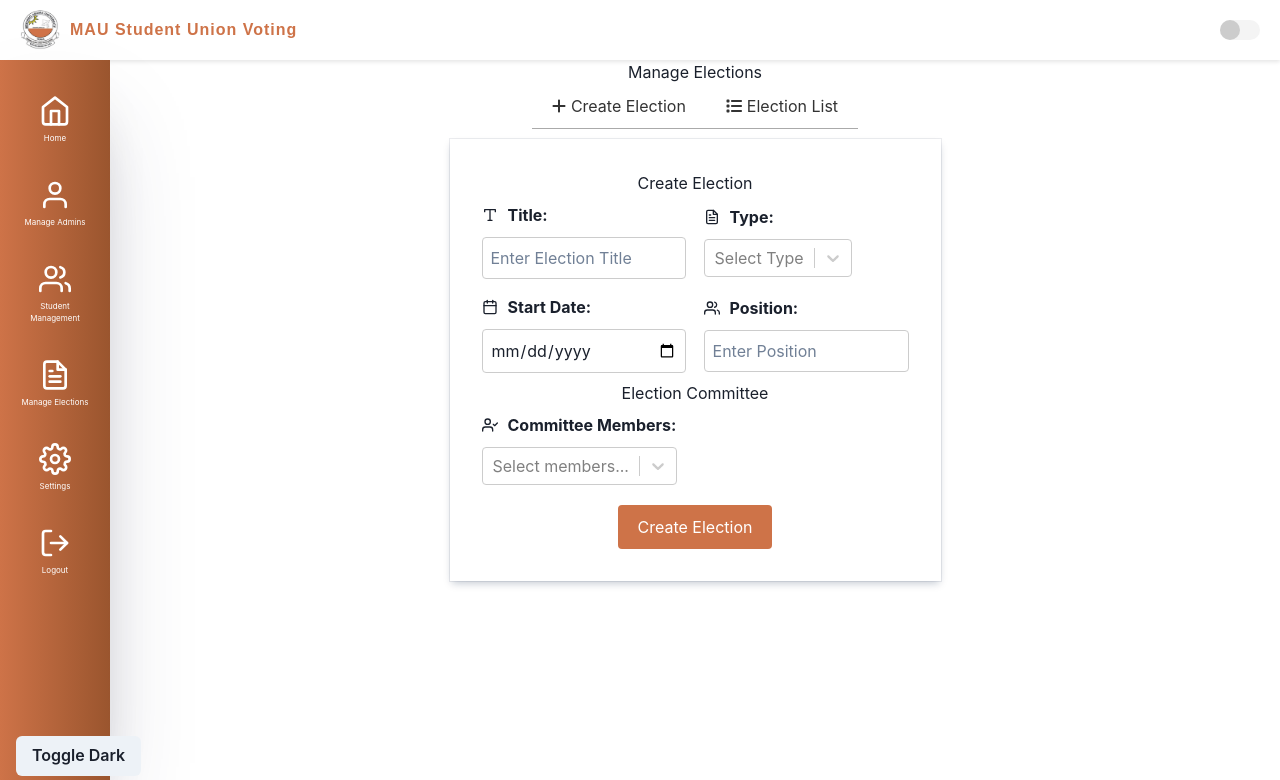
Repository: joena1o/e-vote
Page: /admin-dashboard/manage-elections
The author's editor kept a copy of each file at every save. The page is drawn from the files as they stood at one save, then again after the next save.
The browser window is 1280 px wide. The pictures show the whole page.
The project was rebuilt for these pictures with package versions that can differ from the ones it lists, and the page was loaded fresh each time. Also part of the build but not shown: src/components/EnhancedLogin.js, src/components/maincontent/RegisterStudents/ManageStudents.js, src/components/maincontent/RegisterStudents/RegisterStudents.js, src/components/maincontent/RegisterStudents/StudentManagement.js, src/components/maincontent/ElectionResults/ViewResults.js, src/components/maincontent/Settings/Settings.js, src/api/index.js, src/components/maincontent/home/Home.styles.js and 5 more.

Above is the page before, as saved 2023-10-20 13:24:09.

### src/App.js
import React from 'react';
import { BrowserRouter as Router, Routes, Route, Navigate } from 'react-router-dom';
import EnhancedLogin from './components/EnhancedLogin';
import AdminDashboard from './components/AdminDashboard';
import { ChakraProvider, ColorModeProvider, Button, useColorMode } from '@chakra-ui/react';
import { Provider } from 'react-redux';
import store from './Redux/store';

// Component to toggle dark mode
function DarkModeToggle() {
  const { colorMode, toggleColorMode } = useColorMode();
  return (
    <Button onClick={toggleColorMode} position="fixed" m={4} zIndex={10}>
      Toggle {colorMode === 'light' ? 'Dark' : 'Light'}
    </Button>
  );
}

function App() {
  // Check if the current route is not the "/login" route, then render the DarkModeToggle
  const isLoginPage = window.location.pathname === '/login';

  return (
    <Provider store={store}>
      <ChakraProvider>
        <ColorModeProvider options={{ useSystemColorMode: true }}>
          <Router>
            <Routes>
              {/* Define your routes */}
              <Route path="/login" element={<EnhancedLogin />} />
              <Route path="/admin-dashboard/*" element={<AdminDashboard />} />
              {/* Redirect root to /admin-dashboard */}
              <Route path="/" element={<Navigate to="/admin-dashboard" replace />} />
            </Routes>
          </Router>
          {/* Render DarkModeToggle only if not on the "/login" page */}
          {!isLoginPage && <DarkModeToggle />}
        </ColorModeProvider>
      </ChakraProvider>
    </Provider>
  );
}

export default App;

### src/components/AdminDashboard.js
// AdminDashboard.js
import React from 'react';
import { Routes, Route } from 'react-router-dom';
import StudentManagement from './maincontent/RegisterStudents/StudentManagement';
import ViewResults from './maincontent/ElectionResults/ViewResults';
import Settings from './maincontent/Settings/Settings';
import Home from './maincontent/home/Home';
import ManageAdmin from './maincontent/ManageAdmins/ManageAdmins';
import ManageElections from './maincontent/ManageElections/ManageElections';
import Sidebar from './Sidebar';
import Navbar from './Navbar';
import styled from 'styled-components';

const Container = styled.div`
  display: flex;
  flex-direction: column;
  /* Add the following line to ensure Container fills the screen height */
  height: 100vh;
  width: 100%; /* Use 100% to fill the entire width of the screen */
`;


const Content = styled.div`
  display: flex;
  /* Add the following line to ensure Content fills the remaining screen space */
  flex: 1;
`;

const AdminDashboard = () => {
  return (
    <Container>
      <Navbar />
      <Content>
        <Sidebar />
        <Routes>
          <Route index element={<Home />} />
          <Route path="student-management" element={<StudentManagement />} />
          <Route path="view-results" element={<ViewResults />} />
          <Route path="settings" element={<Settings />} />
          <Route path="manage-admin" element={<ManageAdmin />} />
          <Route path="manage-elections" element={<ManageElections />} />
        </Routes>
      </Content>
    </Container>
  );
};

export default AdminDashboard;

### src/Redux/store.js
import { configureStore } from '@reduxjs/toolkit';
import electionReducer from './electionSlice';
import studentsReducer from './studentsSlice'; // Assuming you have a studentsSlice

const store = configureStore({
  reducer: {
    elections: electionReducer,
    students: studentsReducer, // Add the students reducer here
  },
});

export default store;

### src/components/maincontent/ManageElections/ManageElections.js
import React, { useState } from 'react';
import { Tab, TabList, TabPanel, Tabs } from 'react-tabs';
import 'react-tabs/style/react-tabs.css'; // Import styles for react-tabs
import styled from 'styled-components';
import CreateElections from './CreateElection';
import ElectionList from './ElectionList';
import { FontAwesomeIcon } from '@fortawesome/react-fontawesome';
import { faPlus, faList } from '@fortawesome/free-solid-svg-icons'; // Import Font Awesome icons

const FullHeightContainer = styled.div`
  height: 100%;
  display: flex;
  flex-direction: column;
  justify-content: flex-start;
  align-items: center;
  width: 100%;
`;

const TabsContainer = styled.div`
  text-align: center;
  width: 100%;
  max-width: 1200px;
  flex: 1;
  display: flex;
  flex-direction: column;
  align-items: center;
`;

const StyledTab = styled(Tab)`
  padding: 10px 20px;
  color: #333;
  cursor: pointer;
  margin: 0;
  display: flex;
  align-items: center;
  justify-content: center;
  transition: background-color 0.2s ease-in-out;

  &:hover {
    background-color: #e0e0e0;
  }

  &.react-tabs__tab--selected {
    background-color: #fff;
    border: none; /* Remove the border */
    border-radius: 5px 5px 0 0;
  }
`;

const IconWrapper = styled.div`
  margin-right: 5px;
`;

const ManageElections = () => {
  const [activeTab, setActiveTab] = useState(0);

  const handleTabChange = (index) => {
    setActiveTab(index);
  };

  return (
    <FullHeightContainer>
      <h1>Manage Elections</h1>
      <TabsContainer>
        <Tabs selectedIndex={activeTab} onSelect={handleTabChange}>
          <TabList style={{ display: 'flex', justifyContent: 'center' }}>
            <StyledTab>
              <IconWrapper>
                <FontAwesomeIcon icon={faPlus} />
              </IconWrapper>
              Create Election
            </StyledTab>
            <StyledTab>
              <IconWrapper>
                <FontAwesomeIcon icon={faList} />
              </IconWrapper>
              Election List
            </StyledTab>
          </TabList>
        </Tabs>
        <Tabs selectedIndex={activeTab} onSelect={handleTabChange}>
          <TabPanel>
            <CreateElections />
          </TabPanel>
          <TabPanel>
            <ElectionList />
          </TabPanel>
        </Tabs>
      </TabsContainer>
    </FullHeightContainer>
  );
};

export default ManageElections;

### src/components/Sidebar.js
import React from 'react';
import styled from 'styled-components';
import { Link } from 'react-router-dom';
import { FiHome, FiUser, FiUsers, FiFileText, FiSettings, FiLogOut } from 'react-icons/fi';
import { useColorMode } from '@chakra-ui/react';

const SidebarContainer = styled.nav`
  background: ${props => (props.theme === 'dark' ? '#333' : 'linear-gradient(to right, #ce7348, #9a552e)')};
  padding: 15px;
  height: 100vh;
  color: #fff;
  box-shadow: rgba(50, 50, 93, 0.25) 0px 50px 100px -20px, rgba(0, 0, 0, 0.3) 0px 30px 60px -30px;
  display: flex;
  flex-direction: column;
`;

const LinkList = styled.ul`
  list-style-type: none;
  padding: 0;
  flex: 1;
`;

const StyledLink = styled(Link)`
  text-decoration: none;
  color: #fff;
  display: flex;
  flex-direction: column;
  align-items: center;
  transition: color 0.3s ease;
  margin-bottom: 15px;
  cursor: pointer;
  font-size: 0.5rem;

  &:hover {
    color: #fce364;
  }

  width: 80px;
  text-align: center;
  word-wrap: break-word;
  overflow-wrap: break-word;

  @media (max-width: 768px) {
    font-size: 0.4rem;
  }

  @media (max-width: 480px) {
    font-size: 0.3rem;
  }
`;

const LinkItem = styled.li`
  display: flex;
  align-items: center;
  margin-top: 20px;
`;

const Icon = styled.div`
  font-size: 2rem;
  color: #fff;

  @media (max-width: 768px) {
    font-size: 0.9rem;
  }

  @media (max-width: 480px) {
    font-size: 0.8rem;
  }

  margin-bottom: 5px;

  ${StyledLink}:hover & {
    color: #fce364;  // Change icon color when the link is hovered
  }
`;

function Sidebar() {
  const { colorMode } = useColorMode();

  return (
    <SidebarContainer theme={colorMode}>
      <LinkList>
        <LinkItem>
          <StyledLink to="/admin-dashboard">
            <Icon><FiHome /></Icon>
            Home
          </StyledLink>
        </LinkItem>
        <LinkItem>
          <StyledLink to="/admin-dashboard/manage-admin">
            <Icon><FiUser /></Icon>
            Manage Admins
          </StyledLink>
        </LinkItem>
        <LinkItem>
          <StyledLink to="/admin-dashboard/student-management">
            <Icon><FiUsers /></Icon>
            Student Management
          </StyledLink>
        </LinkItem>
        <LinkItem>
          <StyledLink to="/admin-dashboard/manage-elections">
            <Icon><FiFileText /></Icon>
            Manage Elections
          </StyledLink>
        </LinkItem>
        <LinkItem>
          <StyledLink to="/admin-dashboard/settings">
            <Icon><FiSettings /></Icon>
            Settings
          </StyledLink>
        </LinkItem>
        <LinkItem>
          <StyledLink to="/logout">
            <Icon><FiLogOut /></Icon>
            Logout
          </StyledLink>
        </LinkItem>
      </LinkList>
    </SidebarContainer>
  );
}

export default Sidebar;

### src/components/Navbar.js
import React from 'react';
import styled, { createGlobalStyle } from 'styled-components';
import logo from '../assets/school_logo.jpg';
import { useColorMode } from '@chakra-ui/react';

const GlobalStyle = createGlobalStyle`
  body {
    background-color: ${props => (props.theme === 'dark' ? '#333' : '#fff')};
    color: ${props => (props.theme === 'dark' ? '#fff' : '#000')}; // Set other component texts to black in light mode
  }
`;

const Header = styled.header`
  background: ${props => (props.theme === 'dark' ? '#333' : '#fff')};
  color: ${props => (props.theme === 'dark' ? '#fff' : '#ce7348')}; // Set navbar text to brown in light mode
  padding: 10px 20px;
  display: flex;
  align-items: center;
  justify-content: flex-start;
  box-shadow: 0px 2px 4px rgba(0, 0, 0, 0.1);
  font-family: 'Poppins', sans-serif;
`;


const Logo = styled.img`
  width: 40px;
  height: 40px;
  border-radius: 20px;
  margin-right: 10px;
`;

const Title = styled.h1`
  margin: 0;
  padding: 0;
  font-size: 1rem;
  font-weight: 600;
  letter-spacing: 1px;
`;

const ToggleSlider = styled.label`
  display: flex;
  align-items: center;
  cursor: pointer;
  margin-left: auto;
`;

const SliderInput = styled.input.attrs({ type: 'checkbox' })`
  display: none;
`;

const Slider = styled.div`
  width: 40px;
  height: 20px;
  background-color: ${props => (props.theme === 'dark' ? '#333' : '#f4f4f4')};
  border-radius: 20px;
  position: relative;
  transition: background-color 0.3s ease;
  cursor: pointer;

  &::after {
    content: '';
    width: 20px;
    height: 20px;
    border-radius: 50%;
    background-color: ${props => (props.theme === 'dark' ? '#fff' : '#ccc')};
    position: absolute;
    top: 50%;
    transform: translateY(-50%);
    left: ${props => (props.theme === 'dark' ? '20px' : '0')};
    transition: left 0.3s ease;
  }
`;

function Navbar() {
  const { colorMode, toggleColorMode } = useColorMode();

  return (
    <>
      <GlobalStyle theme={colorMode} />
      <Header theme={colorMode}>
        <Logo src={logo} alt="University Logo" />
        <Title>MAU Student Union Voting</Title>
        <ToggleSlider>
          <SliderInput type="checkbox" onChange={toggleColorMode} />
          <Slider theme={colorMode} />
        </ToggleSlider>
      </Header>
    </>
  );
}

export default Navbar;

### src/Redux/electionSlice.js
/*import { createSlice, createAsyncThunk } from '@reduxjs/toolkit';
import { API, graphqlOperation } from 'aws-amplify';
import { createElection as createElectionAPI } from '../graphql/mutations';

export const createElection = createAsyncThunk(
  'elections/createElection',
  async (election, { rejectWithValue }) => {
    try {
      const result = await API.graphql(graphqlOperation(createElectionAPI, { input: election }));
      return result.data.createElection;
    } catch (error) {
      return rejectWithValue(error);
    }
  }
);

const electionSlice = createSlice({
  name: 'elections',
  initialState: [],
  reducers: {},
  extraReducers: (builder) => {
    builder.addCase(createElection.fulfilled, (state, action) => {
      state.push(action.payload);
    });
  },
});

export default electionSlice.reducer;
*/

### src/Redux/studentsSlice.js
import { createSlice } from '@reduxjs/toolkit';

export const studentsSlice = createSlice({
  name: 'students',
  initialState: [],
  reducers: {
    addStudents: (state, action) => {
      // Add students to the Redux store
      action.payload.forEach(student => {
        state.push(student);
      });
    },
  },
});

export const { addStudents } = studentsSlice.actions;

export default studentsSlice.reducer;

### src/components/maincontent/ManageElections/CreateElection.js
import React, { useState } from 'react';
import styled from 'styled-components';
import Select from 'react-select';
import { FiCalendar, FiUsers, FiFileText, FiUserCheck, FiClipboard, FiType } from 'react-icons/fi';

const FormContainer = styled.div`
  display: flex;
  justify-content: center;
  align-items: center;
  height: 100vh;
  background: rgba(0, 0, 0, 0.5);
`;

const Form = styled.form`
  background: rgba(255,255,255,0.3);
  padding: 2em;  // Reduced from 3em
  border-radius: 0;
  backdrop-filter: blur(10px);
  max-width: 600px;
  box-shadow: rgba(9, 30, 66, 0.25) 0px 4px 8px -2px, rgba(9, 30, 66, 0.08) 0px 0px 0px 1px;
`;

const FormField = styled.div`
  display: flex;
  flex-direction: column;
  margin: 0.5em 0;  // Reduced from 1em
  align-items: start;
  width: 100%;
`;

const FormLabel = styled.label`
  font-weight: bold;
  margin-bottom: 10px;
  display: flex;
  align-items: center;
  gap: 10px;
`;

const FormInput = styled.input`
  width: 100%;
  padding: 0.5rem;
  border: 1px solid #ccc;
  border-radius: 4px;
  font-size: 1rem;
`;

const SubmitButton = styled.button`
  margin-top: 20px;
  padding: 10px 20px;
  background-color: #ce7348;
  border: none;
  border-radius: 4px;
  font-size: 1rem;
  color: white;
  cursor: pointer;
  display: block;
  margin-left: auto;
  margin-right: auto;
`;


const Row = styled.div`
  display: flex;
  justify-content: space-between;
  align-items: center;
`;

const HalfWidthField = styled(FormField)`
  width: 48%;  // slightly less than half to account for any potential margins or paddings
`;

const CreateElection = () => {
  const [electionType, setElectionType] = useState('');
  const [selectedCommittee, setSelectedCommittee] = useState([]);

  const students = [
    { value: 'john.doe@example.com', label: 'John Doe' },
    { value: 'jane.smith@example.com', label: 'Jane Smith' },
  ];

  const electionTypeOptions = [
    { value: 'general', label: 'General' },
    { value: 'faculty', label: 'Faculty' },
    { value: 'department', label: 'Department' }
  ];

  return (

      <Form>
        <h2>Create Election</h2>

        <Row>
          <HalfWidthField>
            <FormLabel htmlFor="electionTitle">
              <FiType />
              Title:
            </FormLabel>
            <FormInput id="electionTitle" name="electionTitle" type="text" placeholder="Enter Election Title" />
          </HalfWidthField>
          <HalfWidthField>
            <FormLabel htmlFor="electionType">
              <FiFileText />
              Type:
            </FormLabel>
            <Select
              id="electionType"
              options={electionTypeOptions}
              onChange={(option) => setElectionType(option.value)}
              placeholder="Select Type"
            />
          </HalfWidthField>
        </Row>

        {(electionType === 'faculty' || electionType === 'department') && (
          <FormField>
            <FormLabel htmlFor="name">
              <FiClipboard />
              {electionType.charAt(0).toUpperCase() + electionType.slice(1)} Name:
            </FormLabel>
            <FormInput id="name" name="name" type="text" />
          </FormField>
        )}

        <Row>
          <HalfWidthField>
            <FormLabel htmlFor="startDate">
              <FiCalendar />
              Start Date:
            </FormLabel>
            <FormInput id="startDate" name="startDate" type="date" />
          </HalfWidthField>
          <HalfWidthField>
            <FormLabel htmlFor="position">
              <FiUsers />
              Position:
            </FormLabel>
            <FormInput id="position" name="position" type="text" placeholder="Enter Position" />
          </HalfWidthField>
        </Row>

        <h3>Election Committee</h3>
        <FormField>
          <FormLabel>
            <FiUserCheck />
            Committee Members:
          </FormLabel>
          <Select
            isMulti
            options={students}
            onChange={setSelectedCommittee}
            placeholder="Select members..."
          />
        </FormField>

        <SubmitButton>Create Election</SubmitButton>
      </Form>

  );
};

export default CreateElection;

Loaded but not shown: public/index.html (common file); src/index.js (common file); src/index.css (common file); src/reportWebVitals.js (common file)

After the next save:
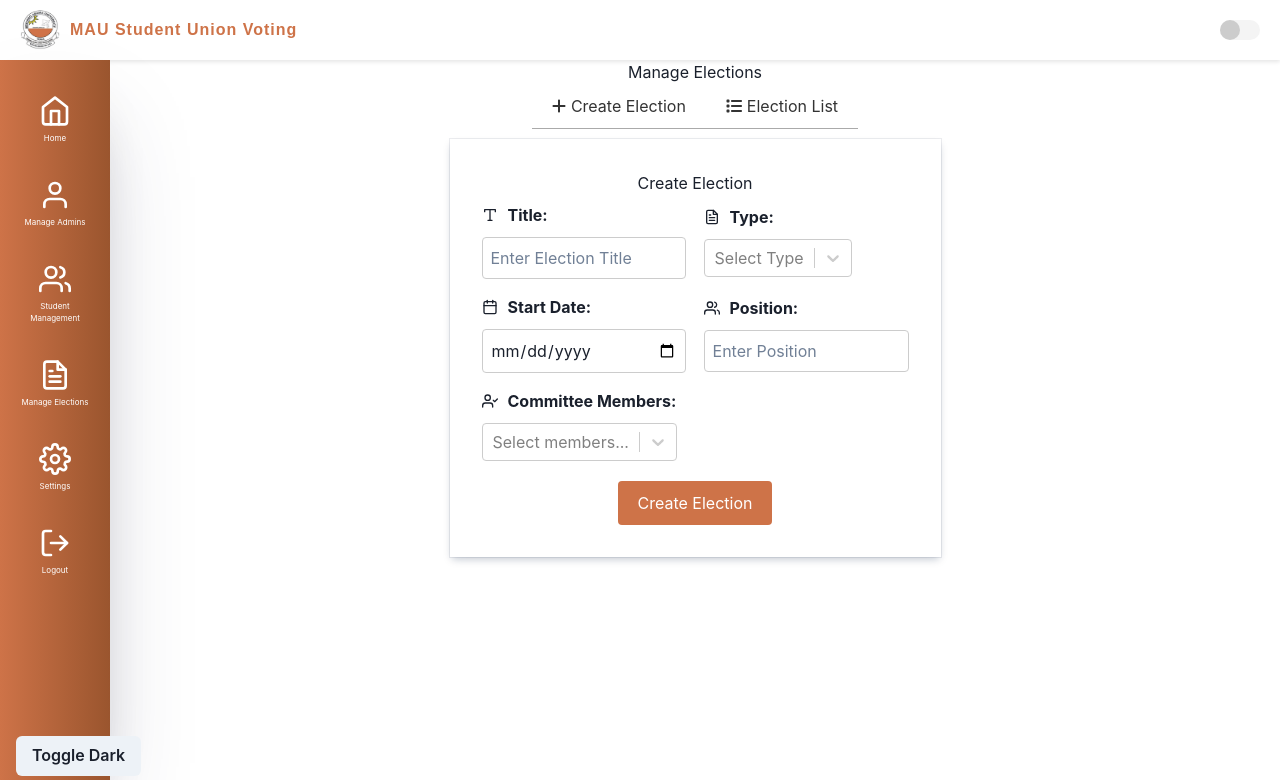
Saved 44 s later.
--- a/src/components/maincontent/ManageElections/CreateElection.js
+++ b/src/components/maincontent/ManageElections/CreateElection.js
@@ -137,8 +137,6 @@ const CreateElection = () => {
             <FormInput id="position" name="position" type="text" placeholder="Enter Position" />
           </HalfWidthField>
         </Row>
-
-        <h3>Election Committee</h3>
         <FormField>
           <FormLabel>
             <FiUserCheck />
